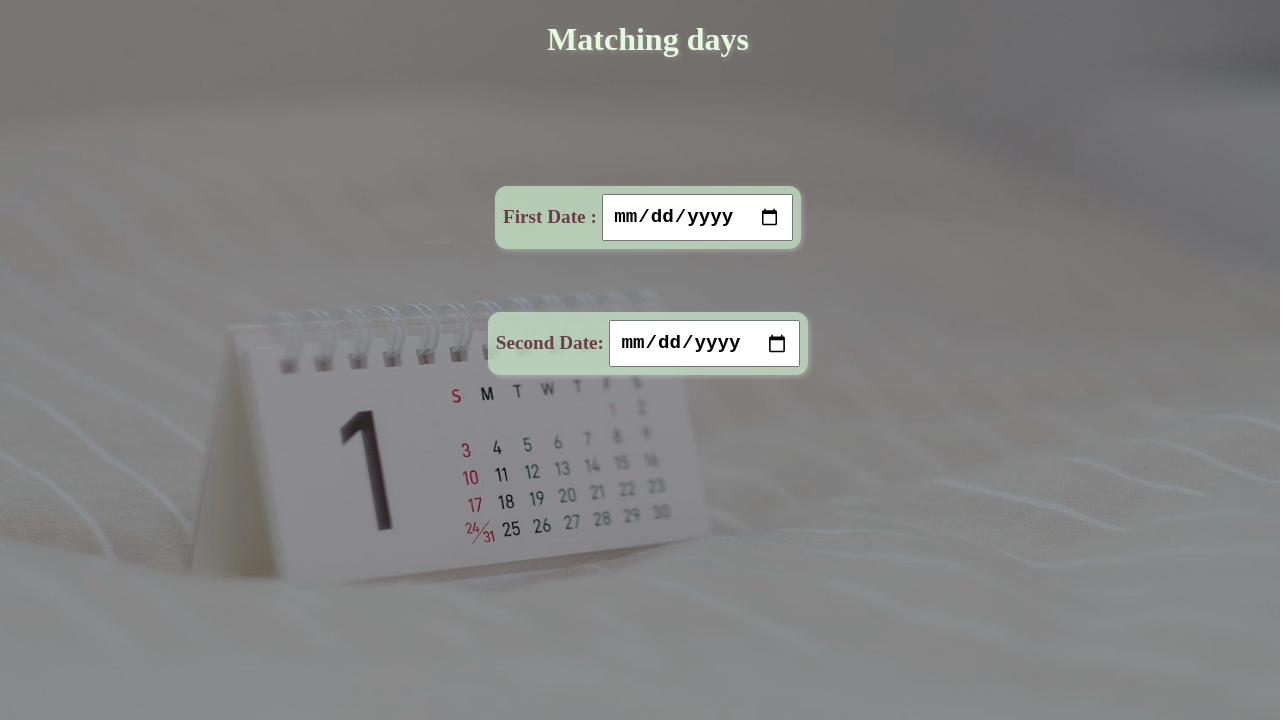
Repository: lasity34/matching-days
Page: index.html
The author's editor kept a copy of each file at every save. The page is drawn from the files as they stood at one save, then again after the next save.
The browser window is 1280 px wide. The page is 1288 px wide, so the pictures cover 1288 px, including what lies to the right of the window. The pictures show the whole page.
Some web fonts or font styles are not loaded; a fallback is used. Some web libraries are served in a nearby version.

Above is the page before, as saved 2023-05-11 16:12:24.

### index.html
<!DOCTYPE html>
<html lang="en">
<head>
    <meta charset="UTF-8">
    <meta http-equiv="X-UA-Compatible" content="IE=edge">
    <meta name="viewport" content="width=device-width, initial-scale=1.0">
    <title>Matching days</title>
    <link rel="preconnect" href="https://fonts.googleapis.com">
<link rel="preconnect" href="https://fonts.gstatic.com" crossorigin>
<link href="https://fonts.googleapis.com/css2?family=Battambang:wght@300;400;700&display=swap" rel="stylesheet">
    <link rel="stylesheet" href="style.css" >
    <script src="https://cdnjs.cloudflare.com/ajax/libs/handlebars.js/4.0.11/handlebars.min.js"></script>
    <script type="text/x-template" id="days_template">
        {{#each different_days}}
        <div class="day_box {{#if selected}} {{selected}} {{/if}}"><p class="day_text">{{day}}</p></div>
        {{/each}}
    </script>
</head>
<body>

    <h1>Matching days</h1>
    <section class="days_container">

    </section>
    <section class="date_input_container">
        <div class="input_box">

            <label for="first_date">First Date :</label>
            <input type="date" id="first_date" name="first_date" />
        </div>
        <div class="input_box">

            <label for="second_date">Second Date:</label>
            <input type="date" id="second_date" name="second_date"/>
        </div>
    </section>



    <script src="./matching-days-factory.js" charset="utf-8"></script>
    <script src="./matching-days.js" charset="utf-8"></script>


</body>
</html>

### style.css

html {
    font-family: 'Battambang', cursive;
    background: url("./Images/background.jpg") no-repeat  center / 100% 100% fixed ;
    font-weight: 700;
    font-size: 16px;
    color: #664147
}

body {
    width: 100%;
}

h1 {
    text-align: center;
    text-shadow: 2px 2px 5px rgba(227, 223, 223, 0.3);
    color: #E5F9E0;
}
/* days display */
.days_container {
    display: flex;
    justify-content: center;
    margin: 3em auto;
    width: 100%;
}

.day_box {
    border: 2px solid black;
    padding: 1em 0.3em;
    background-color: #E5F9E0
}

.day_text {
    transform: rotate(-45deg);
    font-size: 1.2rem;
}

/* dates input */


.date_input_container {
    display: flex;
    flex-direction: column;
    align-items: center;
    justify-content: space-around;
    height: 35vh;
    font-size: 1.2rem;
}

input {
    font-size: 1.2rem;
    font-weight: 700;
    padding: 0.5em;
}

.input_box {
    background-color: rgba(196, 223, 196, 0.8);
    box-shadow: 2px 2px 5px rgba(245, 243, 243, 0.3);
    border-radius: 12px;
    padding: 0.4em;
}

.day1 {
    background-color: rgb(228, 65, 198);
}

.day2 {
    background-color: rgb(86, 97, 224);
}

.same_day {
    background-color: green;
}

@media (max-width: 700px) {
    html {
        font-size: 12px;
    }
}

@media (max-width: 500px) {
    html {
        font-size: 9px;
    }
}

### matching-days-factory.js
function matching_day() {
  let date_input_value_1 = 0;
  let date_input_value_2 = 0
  const daysOfWeek = [
    "Sunday",
    "Monday",
    "Tuesday",
    "Wednesday",
    "Thursday",
    "Friday",
    "Saturday",
  ];



  function set_date_value_1(input) {
    date_input_value_1 = input
  }

  function set_date_value_2(input) {
    date_input_value_2 = input
  }

  function get_date_value_1() {
    return date_input_value_1
  }

  function get_date_value_2() {
    return date_input_value_2
  }

  function is_same_day() {
    if (get_date_value_1() === get_date_value_2()) {
        return true
    } else {
        return false
    }
  }

  function get_day_class(dateValue) {
    const date = new Date(dateValue);
    const dayOfWeek = daysOfWeek[date.getDay()];

    return dayOfWeek;
  }

  function get_filter_day() {
    console.log(date_input_value_1, date_input_value_2);
    return daysOfWeek.map((day) => {
      let selectedClass = "";
      console.log(day, get_day_class(date_input_value_1), get_day_class(date_input_value_2));
      if (
        day === get_day_class(date_input_value_1) &&
        day === get_day_class(date_input_value_2)
      ) {
        selectedClass = "same_day";
      } else if (day ===  get_day_class(date_input_value_1)) {
        selectedClass = "day1";
      } else if (day === get_day_class(date_input_value_2)) {
        selectedClass = "day2";
      }

      return { day, selected: selectedClass };
    })
  }






  return {
    set_date_value_1,
    set_date_value_2,
    get_date_value_1,
    get_date_value_2,
    is_same_day,
    get_day_class,
    get_filter_day
  };
}

### matching-days.js
document.addEventListener("DOMContentLoaded", function () {
  const first_date_input = document.querySelector("#first_date");
  const second_date_input = document.querySelector("#second_date");
  const daysOfWeek = [
    "Sunday",
    "Monday",
    "Tuesday",
    "Wednesday",
    "Thursday",
    "Friday",
    "Saturday",
  ];

  const daysInstance = matching_day();

  function daysTemplate() {
    const template_source = document.querySelector("#days_template").innerHTML;
    const days_template = Handlebars.compile(template_source);
    const days_data_display = document.querySelector(".days_container");

    const daysData = {
      different_days: daysInstance.get_filter_day(),
    };

    const daysDataHTML = days_template(daysData);
    days_data_display.innerHTML = daysDataHTML;
  }

  first_date_input.addEventListener("change", function () {
    daysInstance.set_date_value_1(first_date_input.value);
    daysTemplate();
  });
  second_date_input.addEventListener("change", function () {
    daysInstance.set_date_value_2(second_date_input.value);
    daysTemplate();
  });
});

After the next save:
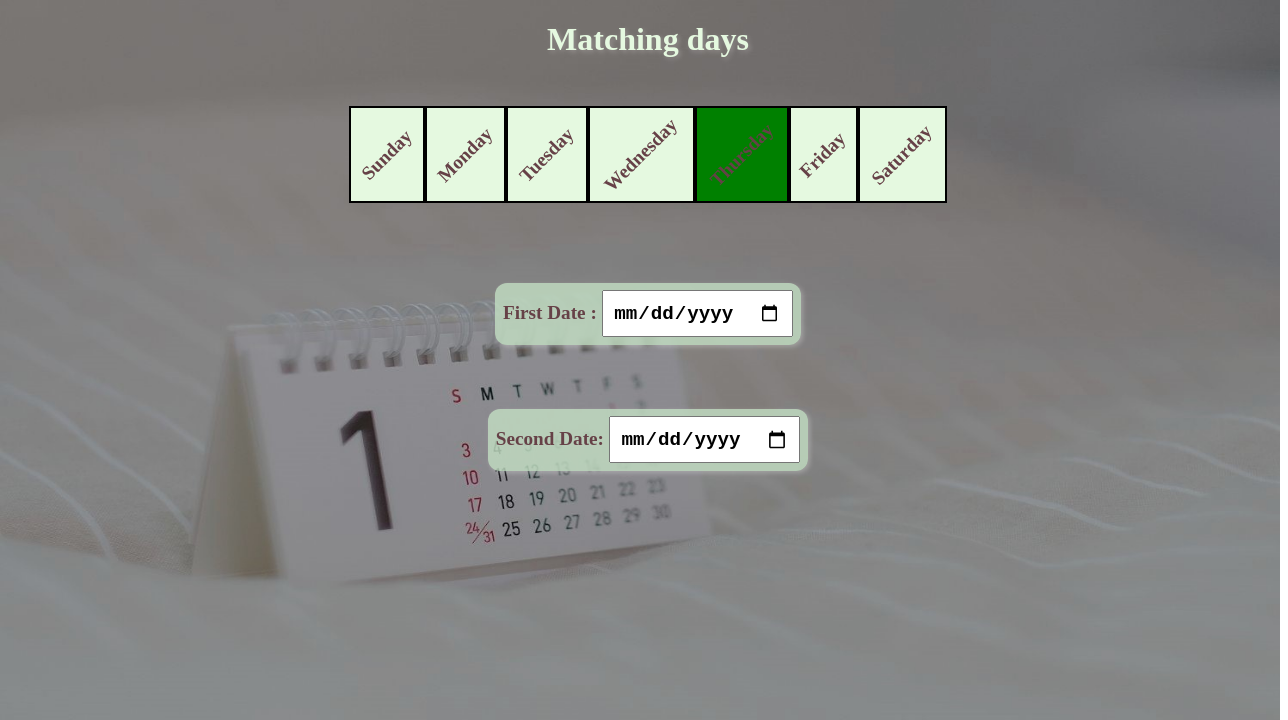
Saved 2 min 2 s later.
--- a/matching-days.js
+++ b/matching-days.js
@@ -13,6 +13,7 @@ document.addEventListener("DOMContentLoaded", function () {
 
   const daysInstance = matching_day();
 
+  daysTemplate()
   function daysTemplate() {
     const template_source = document.querySelector("#days_template").innerHTML;
     const days_template = Handlebars.compile(template_source);
